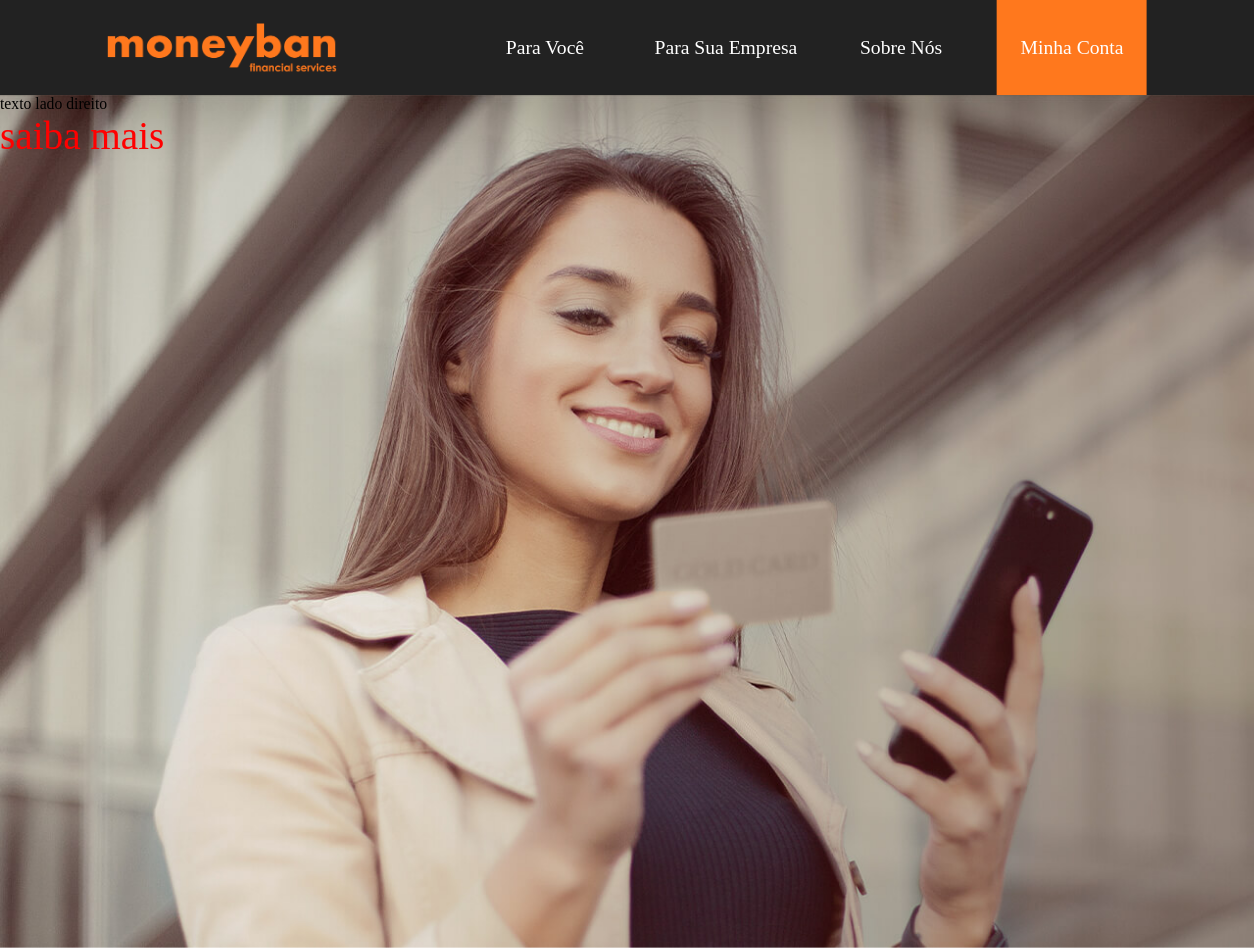
Repository: IvanCardoso91/moneyban
Page: index.html
The author's editor kept a copy of each file at every save. The page is drawn from the files as they stood at one save, then again after the next save.
The browser window is 1280 px wide. The pictures show the whole page, at 98% of full size.
Some icons come from a web library that is not loaded, so they are not drawn. Some web fonts or font styles are not loaded; a fallback is used.

Above is the page before, as saved 2020-12-15 01:15:51.

After the next save:
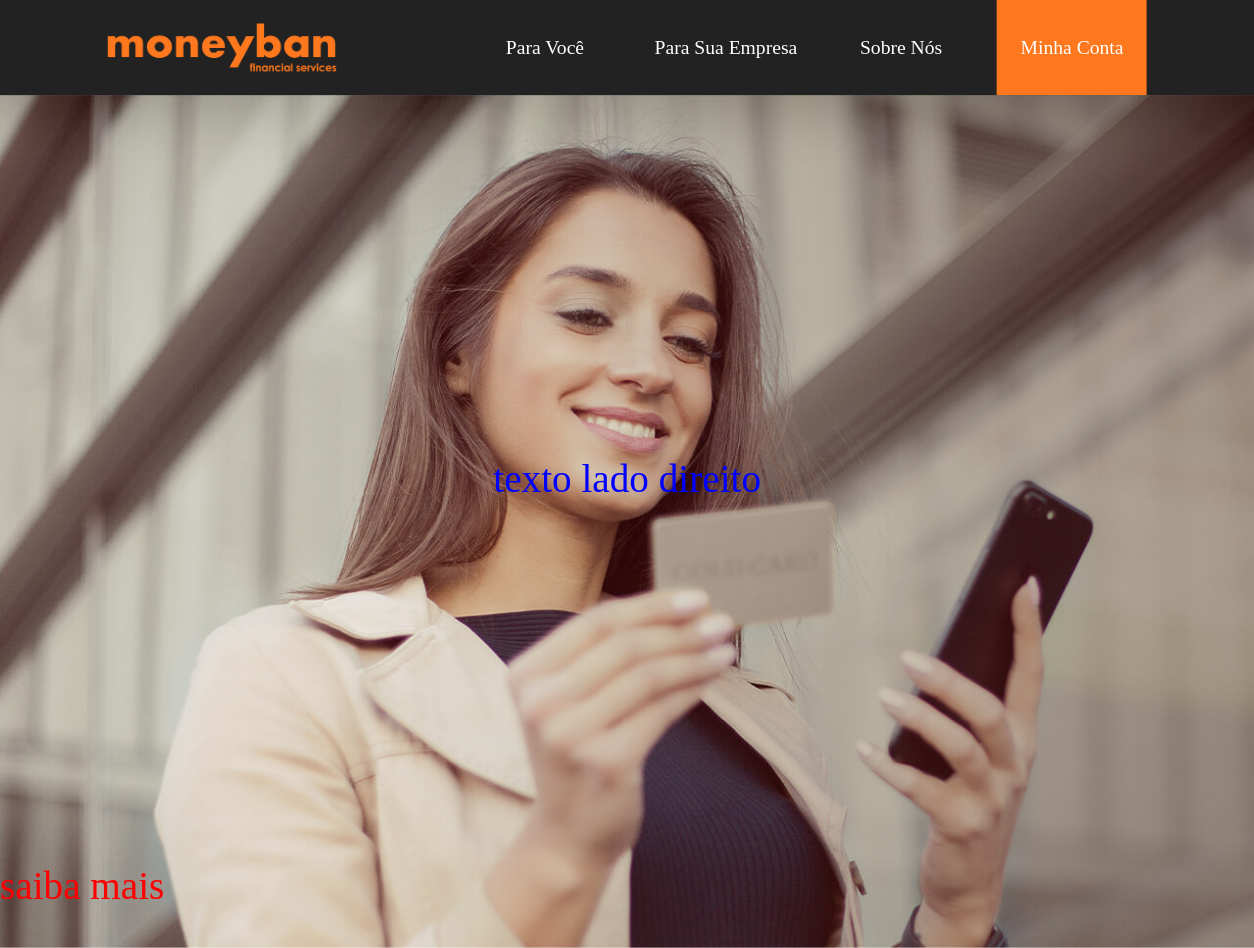
Saved 47 s later.
--- a/style/main-style.css
+++ b/style/main-style.css
@@ -149,4 +149,11 @@ a {
     background-image: url('/Repositorios/site-moneyban/assets/img/bg-home-parcelar-documentos-carro-moto.jpg');
 }
 
-.right-side-text {}
+.right-side-text {
+    font-size: 40px;
+    color: blue;
+    height: 90%;
+    display: flex;
+    justify-content: center;
+    align-items: center;
+}
